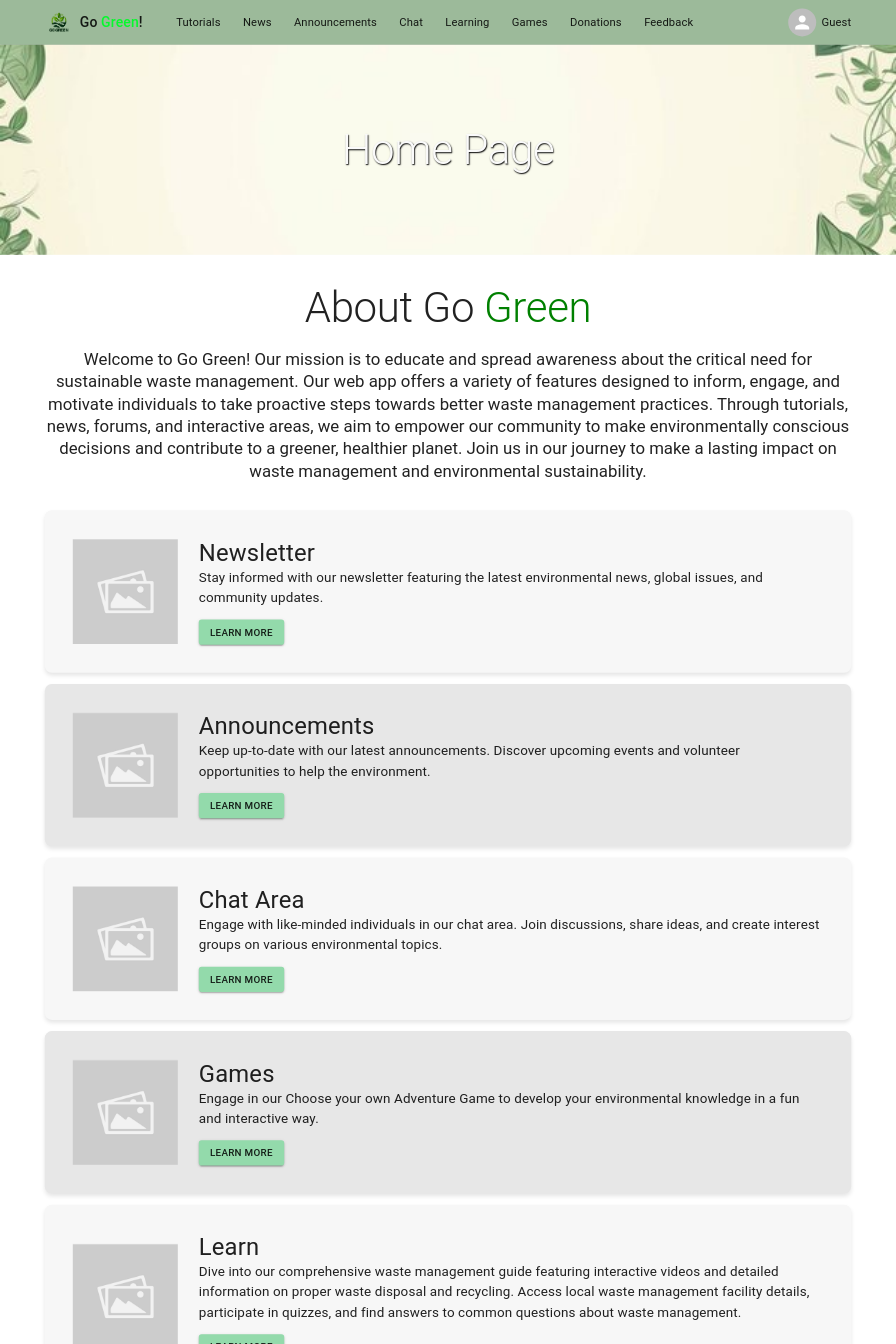
Repository: ToasterSSD/Go-Green
Page: / (app in Go-Green/FSDP/client/)
These files come from the project's save history. The page is drawn as it stood at one moment and after the next save; the edit follows.
The browser window is 1280 px wide. The pictures show the part of the page from y = 0 to 1920 px (the page is 2726 px tall before and 2741 px after), at 70% of full size.
The project was rebuilt for these pictures with package versions that can differ from the ones it lists, and the page was loaded fresh each time. Also part of the build but not shown: Go-Green/FSDP/client/vite.config.js, Go-Green/FSDP/client/src/App.css.

Above is the page before, as saved 2024-08-07 13:58:41.

After the next save:
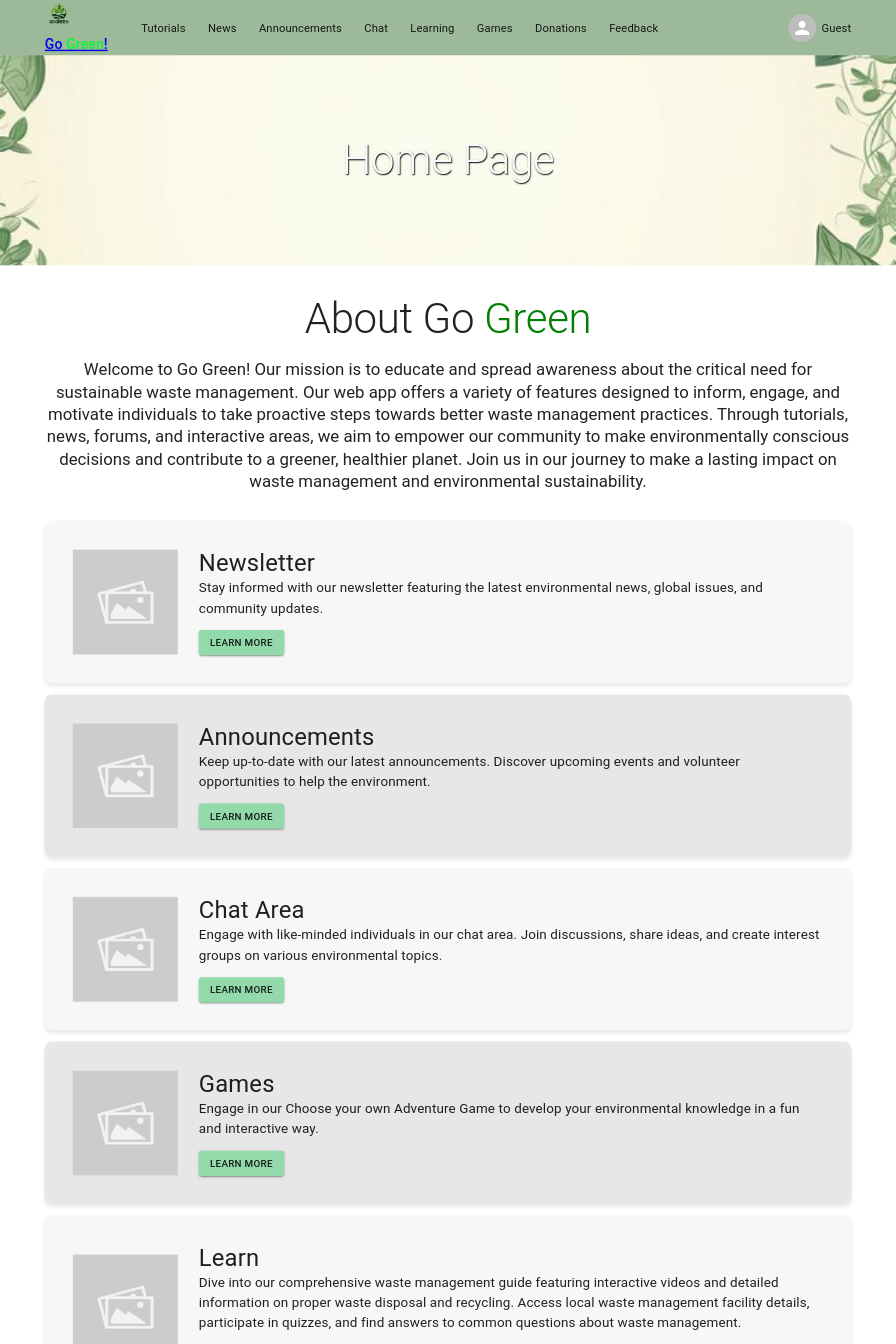
Saved 9 s later.
--- a/Go-Green/FSDP/client/src/App.jsx
+++ b/Go-Green/FSDP/client/src/App.jsx
@@ -125,10 +125,7 @@
                     <Link
                       to="/"
                       style={{
-                        textDecoration: "none",
-                        color: "inherit",
-                        display: "flex",
-                        alignItems: "center",
+
                       }}
                     >
                       <img

After the 2 saves that followed:
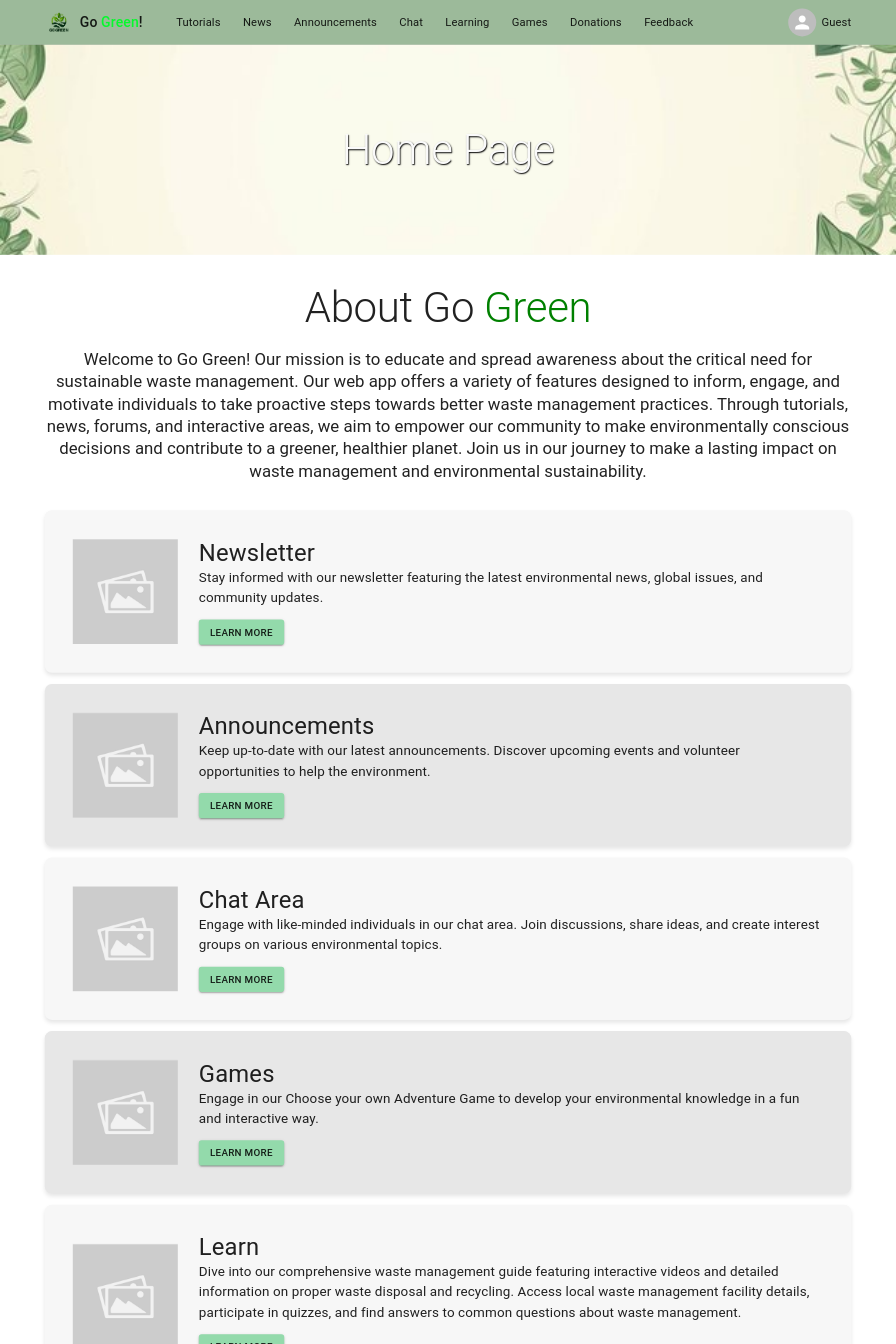
The 2 saves are shown as one change because they came seconds apart.
The last was saved 8 s later.
--- a/Go-Green/FSDP/client/src/App.jsx
+++ b/Go-Green/FSDP/client/src/App.jsx
@@ -116,16 +116,16 @@
                 <Toolbar disableGutters>
                   <Box
                     sx={{
-                      display: "flex",
-                      alignItems: "center",
-                      width: "auto",
-                      whiteSpace: "nowrap",
+
                     }}
                   >
                     <Link
                       to="/"
                       style={{
-
+                        textDecoration: "none",
+                        color: "inherit",
+                        display: "flex",
+                        alignItems: "center",
                       }}
                     >
                       <img
